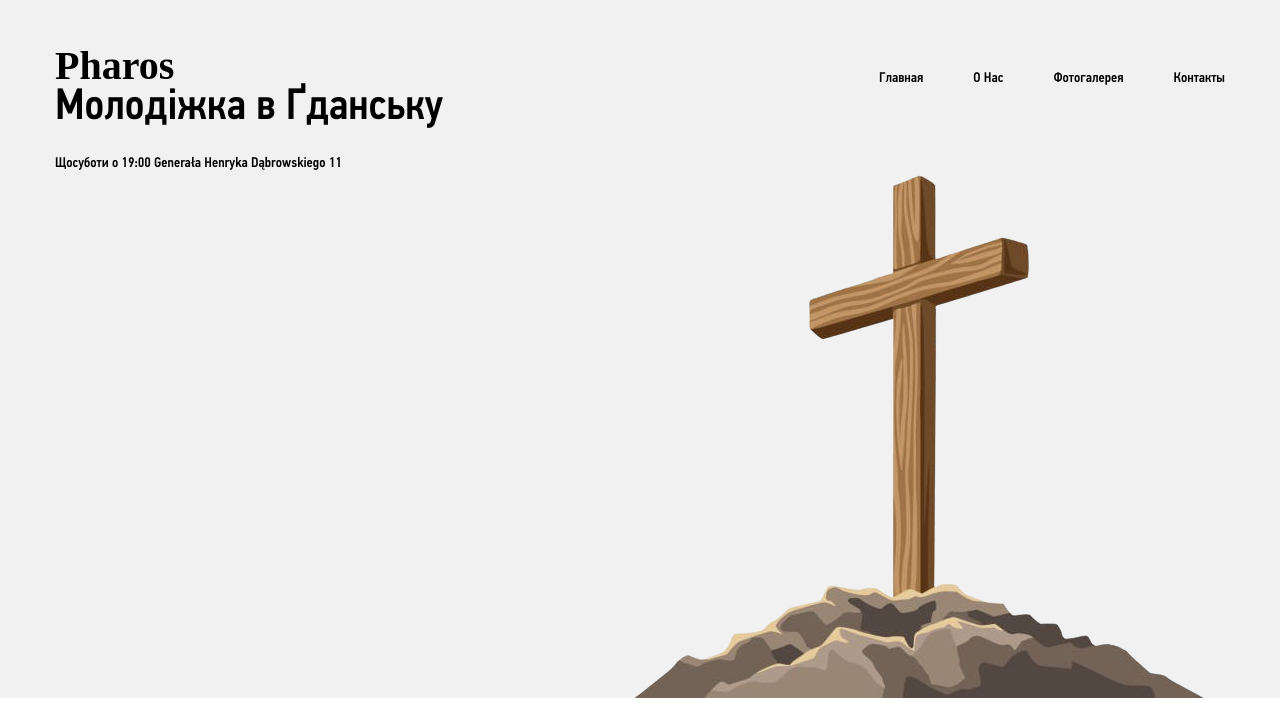
Repository: Bohdan-Sandovenko/youth-project
Page: index.html
These files come from the project's save history. The page is drawn as it stood at one moment and after the next save; the edit follows.
The browser window is 1280 px wide. The pictures show the whole page.
Some web fonts or font styles are not loaded; a fallback is used. The style sheet was rebuilt from its Sass, Less or Tailwind sources for each picture, by a compiler version that may differ from the author's.

Above is the page before, as saved 2024-09-10 11:06:43.

After the next save:
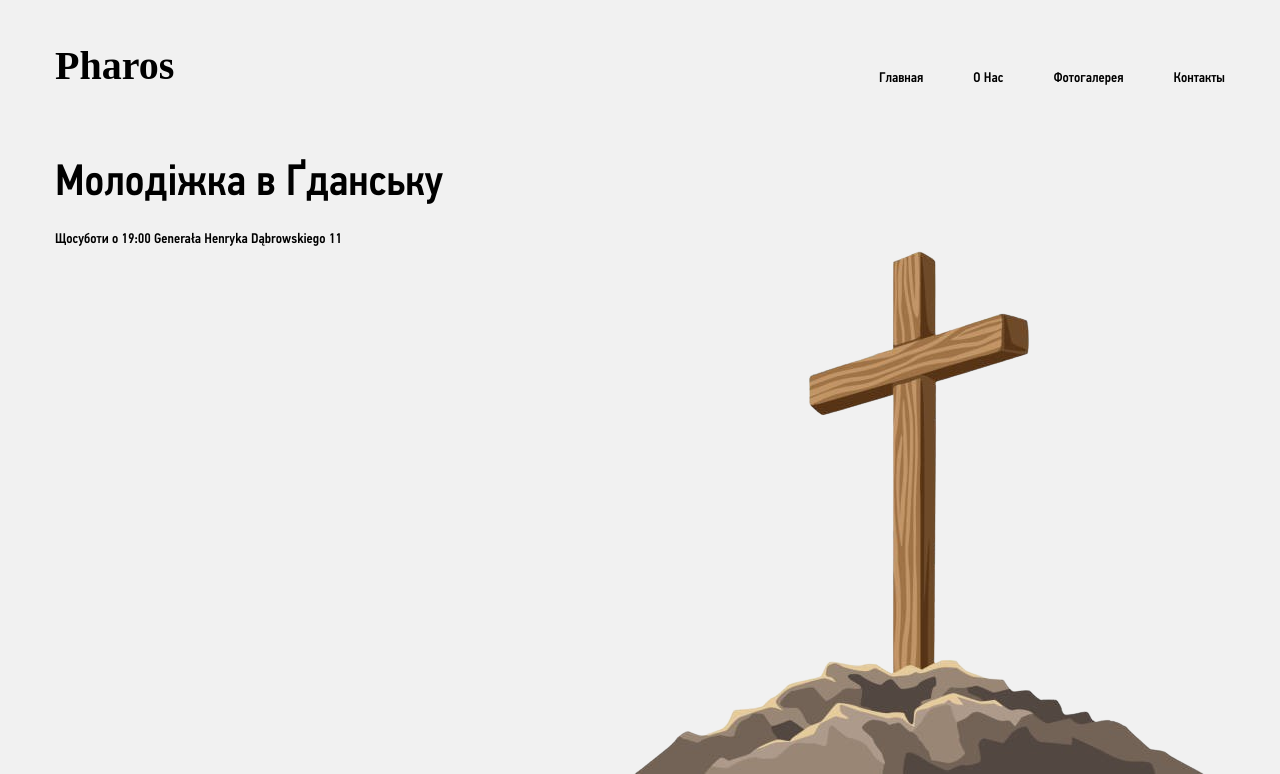
Saved 40 s later.
--- a/css/style.scss
+++ b/css/style.scss
@@ -33,6 +33,7 @@ body {
                 display: flex;
                 justify-content: space-between;
                 align-items: flex-end;
+                margin-bottom: 76px;
 
                 .logo {
                     font-family: 'Permanent Marker';
